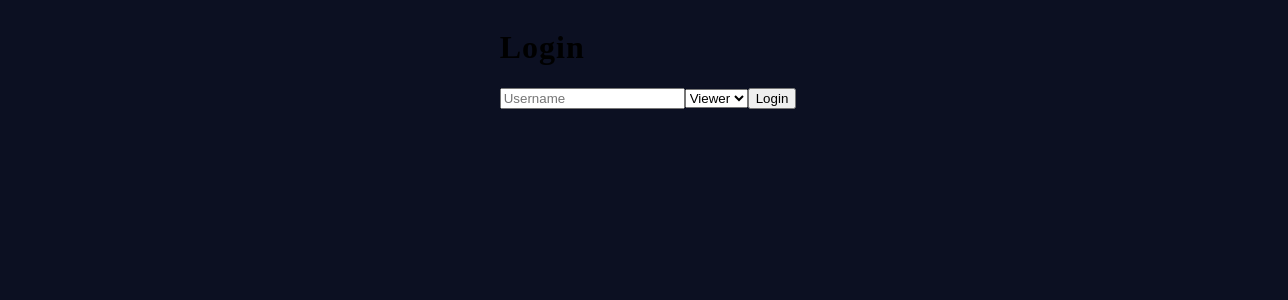
Repository: SolomonChinonso/myUserDashboard
Page: /login (app in my-user-dashboard-app/)
These files come from the project's save history. The page is drawn as it stood at one moment and after the next save; the edit follows.
The browser window is 1280 px wide. The page is 1288 px wide, so the pictures cover 1288 px, including what lies to the right of the window. The pictures show the whole page.
The project was rebuilt for these pictures with package versions that can differ from the ones it lists, and the page was loaded fresh each time. Also part of the build but not shown: my-user-dashboard-app/vite.config.ts, my-user-dashboard-app/src/pages/Dashboard.tsx, my-user-dashboard-app/src/pages/Profile.tsx, my-user-dashboard-app/src/pages/Settings.tsx, my-user-dashboard-app/src/components/Navbar.tsx, my-user-dashboard-app/src/components/ProtectedRoute.tsx, my-user-dashboard-app/src/index.css.

Above is the page before, as saved 2026-05-30 01:37:53.

### my-user-dashboard-app/index.html
<!doctype html>
<html lang="en">
  <head>
    <meta charset="UTF-8" />
    <link rel="icon" type="image/svg+xml" href="/favicon.svg" />
    <meta name="viewport" content="width=device-width, initial-scale=1.0" />
    <title>my-user-dashboard-app</title>
  </head>
  <body>
    <div id="root"></div>
    <script type="module" src="/src/main.tsx"></script>
  </body>
</html>

### my-user-dashboard-app/src/main.tsx
import React from "react";
import ReactDOM from "react-dom/client";
import App from "./App";
import { BrowserRouter } from "react-router-dom";
import { AuthProvider } from "./context/AuthProvider"
import "./index.css"

ReactDOM.createRoot(document.getElementById("root")!).render(
  <React.StrictMode>
    <BrowserRouter>
      <AuthProvider>
        <App />
      </AuthProvider>
    </BrowserRouter>
  </React.StrictMode>
);

### my-user-dashboard-app/src/App.tsx
import {
  Routes,
  Route,
  Navigate,
} from "react-router-dom";
import "./App.css"

import Login from "./pages/Login";
import Dashboard from "./pages/Dashboard";
import Profile from "./pages/Profile";
import Settings from "./pages/Settings";

import Navbar from "./components/Navbar";
import ProtectedRoute from "./components/ProtectedRoute";

import { useAuth } from "./hooks/useAuth";

function App() {
  const { user } = useAuth();

  return (
    <div className="body">
      {user && <Navbar />}

      <Routes>
        {/* Redirect homepage to login */}
        <Route
          path="/"
          element={<Navigate to="/login" replace />}
        />

        <Route
          path="/login"
          element={<Login />}
        />

        <Route
          path="/dashboard"
          element={
            <ProtectedRoute>
              <Dashboard />
            </ProtectedRoute>
          }
        />

        <Route
          path="/profile"
          element={
            <ProtectedRoute>
              <Profile />
            </ProtectedRoute>
          }
        />

        <Route
          path="/settings"
          element={
            <ProtectedRoute adminOnly>
              <Settings />
            </ProtectedRoute>
          }
        />

        {/* Catch-all route */}
        <Route
          path="*"
          element={<Navigate to="/login" replace />}
        />
      </Routes>
    </div>
  );
}

export default App;

### my-user-dashboard-app/src/context/AuthProvider.tsx
import {
  useState,
  type ReactNode,
} from "react";

import type { User } from "../types/user";

import { AuthContext } from "./AuthContext";

interface AuthProviderProps {
  children: ReactNode;
}

export const AuthProvider = ({
  children,
}: AuthProviderProps) => {
  const [user, setUser] =
    useState<User | null>(null);

  const login = (userData: User) => {
    setUser(userData);
  };

  const logout = () => {
    setUser(null);
  };

  return (
    <AuthContext.Provider
      value={{
        user,
        login,
        logout,
      }}
    >
      {children}
    </AuthContext.Provider>
  );
};

### my-user-dashboard-app/src/App.css
#{
    margin: 0;
}
body{
    width: 100%;
    height: 100%;
    display: flex;
    justify-content: center;
    align-items: center;
    letter-spacing: 1px;
    background-color: #0c1022;
    color: ;
}

### my-user-dashboard-app/src/pages/Login.tsx
import { useState } from "react";
import { useNavigate } from "react-router-dom";
import { useAuth } from "../hooks/useAuth";

const Login = () => {
  const [username, setUsername] = useState("");
  const [role, setRole] = useState("Viewer");

  const { login } = useAuth();
  const navigate = useNavigate();

  const handleLogin = () => {
    login({
      username,
      role: role as "Admin" | "Editor" | "Viewer",
    });

    navigate("/dashboard");
  };

  return (
    <div>
      <h1>Login</h1>

      <input
        type="text"
        placeholder="Username"
        value={username}
        onChange={(e) => setUsername(e.target.value)}
      />

      <select
        value={role}
        onChange={(e) => setRole(e.target.value)}
      >
        <option>Admin</option>
        <option>Editor</option>
        <option>Viewer</option>
      </select>

      <button onClick={handleLogin}>
        Login
      </button>
    </div>
  );
};

export default Login;

### my-user-dashboard-app/src/hooks/useAuth.ts
import { useContext } from "react";

import { AuthContext } from "../context/AuthContext";

export const useAuth = () => {
  const context = useContext(AuthContext);

  if (!context) {
    throw new Error(
      "useAuth must be used inside AuthProvider"
    );
  }

  return context;
};

### my-user-dashboard-app/src/context/AuthContext.ts
import { createContext } from "react";

import type { User } from "../types/user";

export interface AuthContextType {
  user: User | null;
  login: (user: User) => void;
  logout: () => void;
}
export const AuthContext =
  createContext<AuthContextType | null>(null);

After the next save:
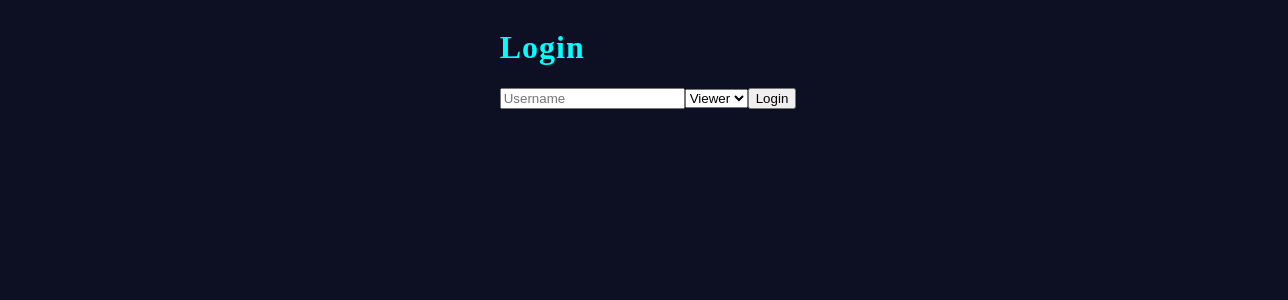
Saved 4 s later.
--- a/my-user-dashboard-app/src/App.css
+++ b/my-user-dashboard-app/src/App.css
@@ -9,5 +9,5 @@ body{
     align-items: center;
     letter-spacing: 1px;
     background-color: #0c1022;
-    color: ;
+    color: aqua;
 }
